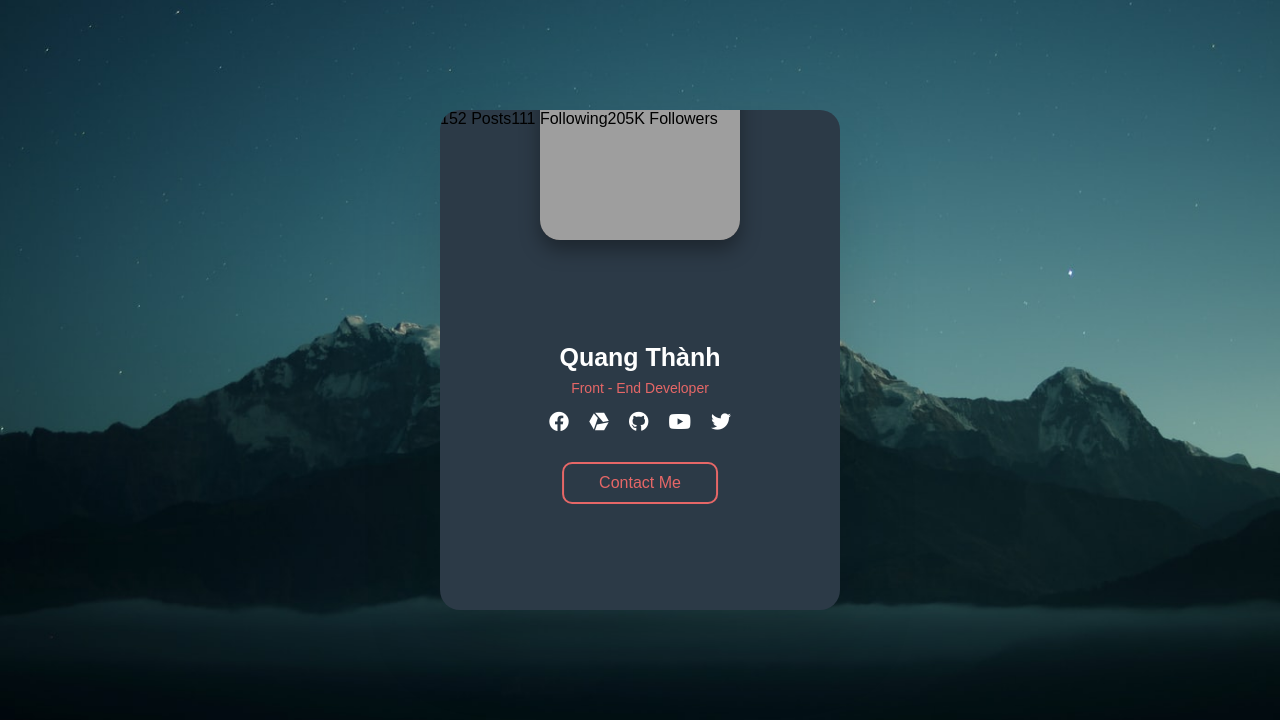
Repository: QuangThanh152/Profile-me
Page: index.html
The author's editor kept a copy of each file at every save. The page is drawn from the files as they stood at one save, then again after the next save.
The browser window is 1280 px wide. The pictures show the whole page.
Pictures or frames that could not be fetched are drawn as grey boxes.

Above is the page before, as saved 2022-10-07 15:59:42.

### index.html
<!DOCTYPE html>
<html lang="en">
<head>
    <meta charset="UTF-8">
    <meta http-equiv="X-UA-Compatible" content="IE=edge">
    <meta name="viewport" content="width=device-width, initial-scale=1.0">
    <link rel="stylesheet" href="./accets/font/fontawesome-free-6.1.2-web/css/all.min.css">
    <link rel="stylesheet" href="./accets/main.css">
    <title>Profile-QT</title>
</head>
<body>
    <div class="card">
        <div class="card-header">
            <img src="./accets/img/IMG_20220202_135645.jpg" alt="" class="img-me">
        </div>
        <div class="content">
            <div class="name">Quang Thành</div>
            <div class="desc">Front - End Developer</div>
            <div class="SocialNetwork">
                <a href="" class="icon"><i class="fa-brands fa-facebook"></i></a>
                <a href="" class="icon"><i class="fa-brands fa-instalod"></i></i></a>
                <a href="" class="icon"><i class="fa-brands fa-github"></i></i></a>
                <a href="" class="icon"><i class="fa-brands fa-youtube"></i></i></a>
                <a href="" class="icon"><i class="fa-brands fa-twitter"></i></i></a>
            </div>
            <a href="" class="btn-contact">Contact Me</a>
        </div>
        <div class="card-footer">
            <div class="number">
                <div class="item">
                    <span>152</span>
                    Posts
                </div>
            </div>
            <div class="number">
                <div class="item">
                    <span>111</span>
                    Following
                </div>
            </div>
            <div class="number">
                <div class="item">
                    <span>205K</span>
                    Followers
                </div>
            </div>
        </div>
    </div>
</body>
</html>

### accets/main.css
* {
    padding: 0;
    margin: 0;
    box-sizing: border-box;
    font-family: 'Poppins', sans-serif;
    text-decoration: none;
}

body {
    min-height: 100vh;
    background: url(/accets/img/img-big.jpg) no-repeat center;
    background-size: cover;
    display: flex;
    justify-content: center;
    align-items: center;
}

.card {
    position: relative;
    width: 400px;
    /* height: 190px; */
    height: 500px;
    border-radius: 20px;
    background: #2c3a47;
    transition: 0.2s;
    box-shadow: 0 35px 80px rgba(0,0,0,0.15);
    overflow: hidden;
}
.card:hover {
    height: 500px;
}
.card-header {
    position: absolute;
    background: rgb(21, 19, 19);
    left: 50%;
    top: -50px;
    transform: translateX(-50%);
    width: 200px;
    height: 180px;
    border-radius: 20px;
    box-shadow: 0 10px 20px rgba(0,0,0,0.35);
    overflow: hidden;
    transition: 0.3s;
}
.card:hover .card-header {
    width: 250px;
    height: 250px;
    transition: 0.2s;
}
.img-me {
    position: absolute;
    top: 0;
    left: 0;
    width: 100%;
    height: 100%;
    object-fit: cover;
}
.content {
    position: absolute;
    top: 45%;
    text-align: center;
    align-items: center;
    left: 50%;
    transform: translateX(-50%);
}
.name {
    font-size: 25px;
    font-weight: 600;
    padding: 8px;
    color: #fff;
}
.desc {
    font-size: 14px;
    padding: 0 0 15px 0;
    color: #e66767;
}
.SocialNetwork {
    display: flex;
    justify-content: center;
    margin: 0 0 18px 0;
}
.SocialNetwork a{
    font-size: 20px;
    color: white;
    padding: 0 10px 0;
}
.SocialNetwork a:hover {
    color: #e66767;
}

.btn-contact {
    display: inline-block;
    font-size: 16px;
    padding: 10px 35px;
    border: 2px solid #e66767;
    border-radius: 10px;
    color: #e66767;
    margin-top: 10px;
}
.btn-contact:hover {
    background-color: #e66767;
    color: #f2f2f2;
}
.card-footer{
    position: absolute;
    display: flex;
    justify-content: center;
    align-items: center;
}
.number{

}
.item{

}

Loaded but not shown: accets/font/fontawesome-free-6.1.2-web/css/all.min.css (library)

After the next save:
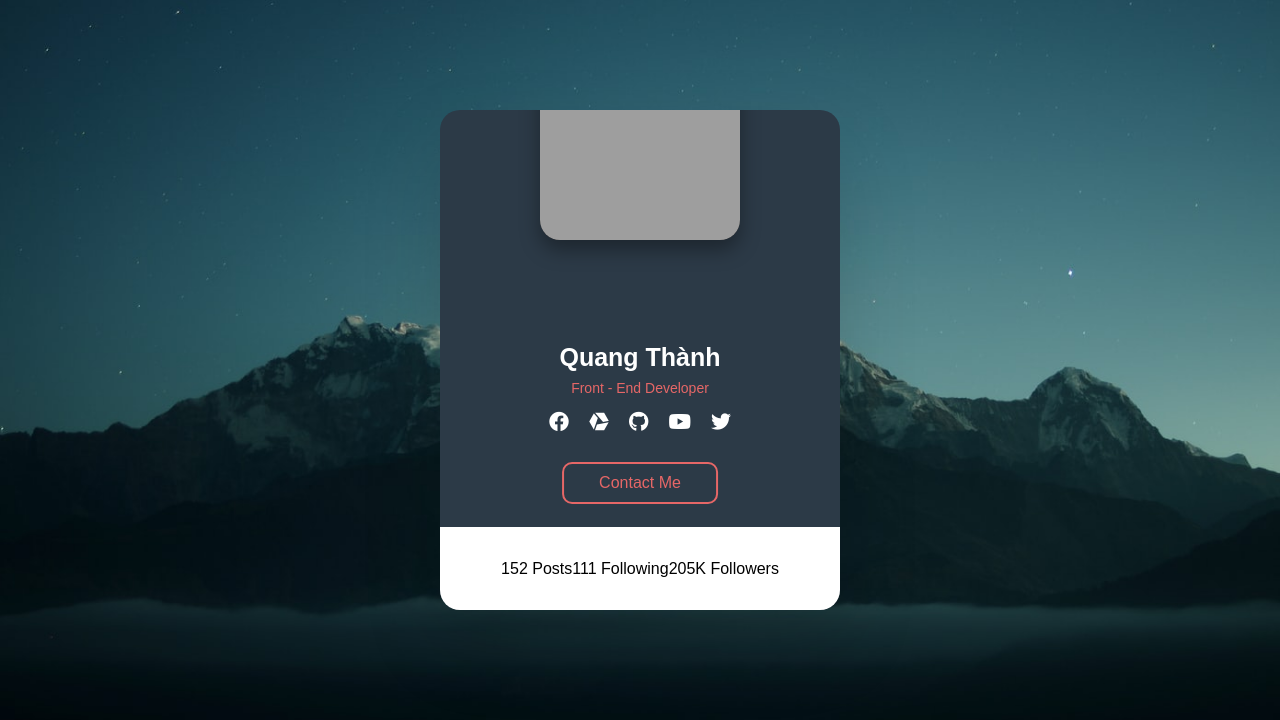
Saved 97 s later.
--- a/accets/main.css
+++ b/accets/main.css
@@ -106,7 +106,10 @@ body {
     display: flex;
     justify-content: center;
     align-items: center;
-}
+    bottom: 0;
+    background: #fff;
+    width: 100%;
+    height: 83px;
 .number{
 
 }
